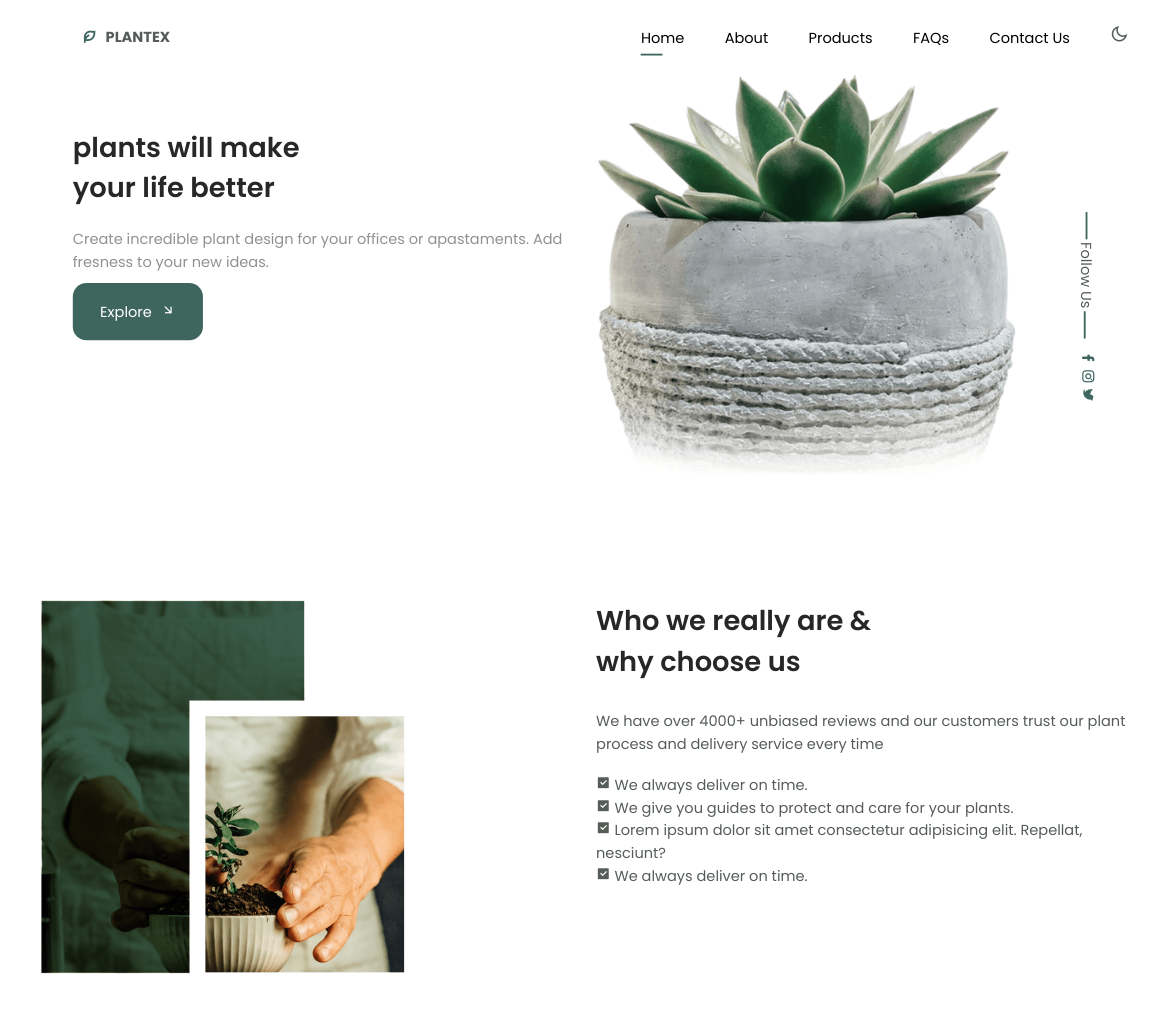
Repository: OmniaRafat232111121/plantwebsite
Page: index.html
These files come from the project's save history. The page is drawn as it stood at one moment and after the next save; the edit follows.
The browser window is 1280 px wide. The pictures show the whole page, at 91% of full size.

Above is the page before, as saved 2023-01-04 23:41:02.

### index.html
<!DOCTYPE html>
<html lang="en">
<head>
    <meta charset="UTF-8">
    <meta http-equiv="X-UA-Compatible" content="IE=edge">
    <meta name="viewport" content="width=device-width, initial-scale=1.0">
    <title>plant-website</title>
      <!--icon web-->
    <link rel="shortcut icon" href="assets/img/favicon.png" type="image/x-icon">
    <!--css style-->
    <link rel="stylesheet" href="./assets/css/styles.css">
    <!--remix icon-->
    <link href="https://cdn.jsdelivr.net/npm/remixicon@2.5.0/fonts/remixicon.css" rel="stylesheet">
</head>
<body>
<!--header-->
<header class="header" id="header">
<div class="container-header">
    <a class="nav_logo">
   <i class="ri-leaf-line nav_logo-icon "></i>Plantex
</a>

<nav class="nav_menu" id="nav_menu">
    <ul class="nav_list" id="nav_list">
        <li class="nav_item" id="nav_item">
                            <a href="#home" class="nav_link active-link">Home</a>
                        </li>
                        <li class="nav__item">
                            <a href="#about" class="nav_link">About</a>
                        </li>
                        <li class="nav__item">
                            <a href="#products" class="nav_link">Products</a>
                        </li>
                        <li class="nav__item">
                            <a href="#faqs" class="nav_link">FAQs</a>
                        </li>
                        <li class="nav__item">
                            <a href="#contact" class="nav_link">Contact Us</a>
                        </li>
                        <li class="mood">
       <i class= "ri-moon-line change-theme" id="theme-button"></i>

    </li>



    </ul>

    <div class="nav-close" id="nav_close">
        <i class="ri-close-line"></i>

    </div>
    <div  class="nav-btns">
   <i class= "ri-moon-line change-theme" id="theme-button"></i>
    <div class="nav-toggle" id="navToggle">
      <i class="ri-menu-line"></i>
    </div>
   </div>
    </div>
</nav>
</div>

</header>


    <!--home start-->
    <section class="home" id="home">
        <div class="home-container">
            <div class="left-content">
                <h1 class="home-title">plants will make <br>
                    your life better</h1>
                <p class="home-des">Create incredible plant design for your offices or apastaments. Add fresness to your new ideas.</p>
              <a>Explore<i class="ri-arrow-right-down-line button__icon"></i></a>
            </div>
            <div class="right-content">
            <img src="./assets/img/home.png" alt=""/>
            <div class=social_icons>
                 <span class="home__social-follow">Follow Us</span>

                        <div class="home__social-links">
                            <a href="https://www.facebook.com/" target="_blank" class="home__social-link">
                                <i class="ri-facebook-fill"></i>
                            </a>
                            <a href="https://www.instagram.com/" target="_blank" class="home__social-link">
                                <i class="ri-instagram-line"></i>
                            </a>
                            <a href="https://twitter.com/" target="_blank" class="home__social-link">
                                <i class="ri-twitter-fill"></i>
                            </a>
                        </div>

            </div>

        </div>

    </section>
 <!--home end-->
 <!--about start-->
 <section class="about" id="about">
    <div class="about-container">
        <div class="left-about">
          <img src="./assets/img/about.png" alt="image-about"/>
        </div>
        <div class="right-about">
            <h2 class="about-title">Who we really are &<br>why choose us</h2>
            <p class="about-desc">We have over 4000+ unbiased reviews and our customers trust our plant process and delivery service every time</p>
             <div class="about-deatails">
                <p class="about-description">
                      <i class="ri-checkbox-fill about__details-icon"></i>
                       We always deliver on time.
                </p>
                 <p class="about-description">
                      <i class="ri-checkbox-fill about__details-icon"></i>
                      We give you guides to protect and care for your plants.
                </p>

                 <p class="about-description">
                      <i class="ri-checkbox-fill about__details-icon"></i>
                       Lorem ipsum dolor sit amet consectetur adipisicing elit. Repellat, nesciunt?
                </p>

                 <p class="about-description">
                      <i class="ri-checkbox-fill about__details-icon"></i>
                       We always deliver on time.
                </p>


             </div>
        </div>

    </div>

 </section>

 <!--about end-->
   <script src="./assets/js/main.js"></script>
</body>
</html>

### assets/css/styles.css
/*=============== GOOGLE FONTS ===============*/
@import url('https://fonts.googleapis.com/css2?family=Poppins:wght@400;500;600;700&display=swap');

/*=============== VARIABLES CSS ===============*/
:root {
  --header-height: 3.5rem; /*56px*/

  /*========== Colors ==========*/
  /*Color mode HSL(hue, saturation, lightness)*/
  --black:#000;
  --green:#3e655e;
  --hue: 152;
  --first-color: hsl(var(--hue), 24%, 32%);
  --first-color-alt: hsl(var(--hue), 24%, 28%);
  --first-color-light: hsl(var(--hue), 24%, 66%);
  --first-color-lighten: hsl(var(--hue), 24%, 92%);
  --title-color: hsl(var(--hue), 4%, 15%);
  --text-color: hsl(var(--hue), 4%, 35%);
  --text-color-light: hsl(var(--hue), 4%, 55%);
  --body-color: hsl(var(--hue), 0%, 100%);
  --container-color: #FFF;

  /*========== Font and typography ==========*/
  /*.5rem = 8px | 1rem = 16px ...*/
  --body-font: 'Poppins', sans-serif;
  --big-font-size: 2rem;
  --h1-font-size: 1.5rem;
  --h2-font-size: 1.25rem;
  --h3-font-size: 1rem;
  --normal-font-size: .938rem;
  --small-font-size: .813rem;
  --smaller-font-size: .75rem;

  /*========== Font weight ==========*/
  --font-medium: 500;
  --font-semi-bold: 600;

  /*========== Margenes Bottom ==========*/
  /*.5rem = 8px | 1rem = 16px ...*/
  --mb-0-5: .5rem;
  --mb-0-75: .75rem;
  --mb-1: 1rem;
  --mb-1-5: 1.5rem;
  --mb-2: 2rem;
  --mb-2-5: 2.5rem;

  /*========== z index ==========*/
  --z-tooltip: 10;
  --z-fixed: 100;
}

/* Responsive typography */
@media screen and (min-width: 968px) {
  :root {
    --big-font-size: 3.5rem;
    --h1-font-size: 2.25rem;
    --h2-font-size: 1.5rem;
    --h3-font-size: 1.25rem;
    --normal-font-size: 1rem;
    --small-font-size: .875rem;
    --smaller-font-size: .813rem;
  }
}

/*=============== BASE ===============*/
*{
  box-sizing: border-box;
  padding: 0;
  margin: 0;
}

html{
  scroll-behavior: smooth;
}

body,
button,
input,
textarea{
  font-family: var(--body-font);
  font-size: var(--normal-font-size);
}

body{
  margin: var(--header-height) 0 0 0;
  background-color: var(--body-color);
  color: var(--text-color);
  transition: .4s; /*For animation dark mode*/
}

button{
  cursor: pointer;
  border: none;
  outline: none;
}

h1,h2,h3{
  color: var(--title-color);
  font-weight: var(--font-semi-bold);
}

ul{
  list-style: none;
}

a{
  text-decoration: none;
}

img{
  max-width: 100%;
  height: auto;
}
/*========== resuable component ==========*/



/*========Header========*/
 header{
  background-color: #fff;
  position: fixed;
  top:0;
  left:0;
  width:100%;
  z-index:1000;
  transition: 0.3s;
}
.container-header{
  display:flex;
  align-items: center;
  justify-content: space-between;
  height:var(--header-height);
  padding:40px;
}
.nav_menu{

}
.nav_logo{
  text-transform: uppercase;
  display:inline-flex;
  align-items: center;
  column-gap: 10px;
  font-weight: bold;
  margin-left: 50px;
  cursor: pointer;
}
.nav_logo:hover{
  color:var(--green);
}
.nav_logo-icon{
   color:var(--green);
}
.nav_logo i:hover{
  color:var(--black);
}
nav ul li {
  display: inline-block;
  cursor: pointer;
  margin-left: 40px;
}
nav ul li a{
  color:var(--black);


}
.nav-btns{
  display: none;
}
.mood{
  margin-left: 40px;
  font-size: 20px;

}

.nav-close
{

  font-size: 1.5rem;
  position: relative;
  top: 70px;
  right: 1.25rem;
  cursor: pointer;
  display: none;


}

.nav-btns{
  font-size: 20px;
  cursor: pointer;
}
.active-link{
  position: relative;
  color: var(--black);
}
.active-link::after{
  content: '';
  position: absolute;
  bottom: -8px;
  left: 0;
  width: 50%;
  height: 2px;
  background-color: var(--green);
}
.nav_link:hover{
 color: var(--green);
 transition: 0.3s;
}
@media screen and (max-width: 767px){
.nav_list{
display: none;
}
.nav_logo{
  margin-left: -10px;
}

.nav-btns{
  display:inline-flex;
  align-items: center;
  column-gap: 20px;
  font-weight: bold;
  margin-right: -10px;
  cursor: pointer;
}

  .show-menu{

     position: fixed;
    background-color:#fff;
    width: 100%;
    height: 50%;
    top: 80px;
    right: 0px;
    transition: .3s;
    z-index: 1000;
    display:grid;
    justify-content: center;
    text-align: center;

 padding: 10px;




  }
  .show-menu {

  }
  .show-menu .mood .ri-moon-line{
    display: none;
  }




}

/*=====home======*/
.home{
  padding: 0 80px;
  position:relative;

}
.home-container{
display:grid;
grid-template-columns: repeat(auto-fit, minmax(250px, 1fr));
grid-gap:30px;
margin-top: 70px;

}
.home-container .left-content{
  margin-top: 70px;
}
.home-container .left-content .home-title{
  font-size: 30px;
}
.home-container .left-content .home-des{
  color:rgb(145, 145, 145);
  margin-top: 20px;
  margin-bottom: 30px;
}
.home-container .left-content a{
  background-color: #3e655e;
  color:#fff;
  padding:20px 30px;
  border-radius: 15px;

}
.home-container .left-content  i{
  margin-left: 10px;
}
.right-content img{
  max-width: 100%;
  width:85%;
  justify-self: center;
}

.social_icons{
  position: absolute;
  top: 220px;
  right: 50px;
  display: grid;
  justify-items: center;
  row-gap: 3.5rem;

}
.home__social-links {
  margin-top: 30px;

}
.home__social-links a{
 color:var(--green);
}
.home__social-links a:hover{
color:var(--black);
}
.home__social-follow{
  position:relative;
  transform: rotate(90deg);
}
.home__social-follow::before{
content: '';
  position: absolute;
  width: 30px;
  height: 2px;
  background-color: var(--green);
  right: -45%;
  top: 50%;
}
.home__social-follow::after{
content: '';
  position: absolute;
  width: 30px;
  height: 2px;
  background-color: var(--green);
  left: -45%;
  bottom: 50%;
}
.home__social-links{
    transform: rotate(90deg);
}
.left-content a:hover{
  background-color:#032922;
  color: #fff;
  cursor: pointer;

}
/*======about=======*/
.about{
  position: relative;
  padding:50px 40px;
}
.about-container{
  display:grid;
grid-template-columns: repeat(auto-fit, minmax(250px, 1fr));
grid-gap:30px;
margin-top: 70px;
}
.about-container .left-about img{
  max-width: 100%;
  width:70%;
}
.about-container .right-about .about-title{
  font-size: 30px;
  margin-bottom: 30px;

}
.about-container .right-about .about-desc{
  margin-bottom:20px;

}
.about-container .about-descriptio{
  margin-bottom: 20px;
}

### assets/js/main.js
let navMenu = document.getElementById('nav_menu');
let navList = document.getElementById('nav_list');
let navItem = document.getElementById('nav ul li');
let closeButton = document.getElementById('nav_close');
let navToggle = document.getElementById('navToggle');
navToggle.addEventListener('click', function () {
    navList.classList.toggle('show-menu');


})
// navMenu.addEventListener('click', function () {
//     navToggle.classList.toggle('show-menu');


// })

After the next save:
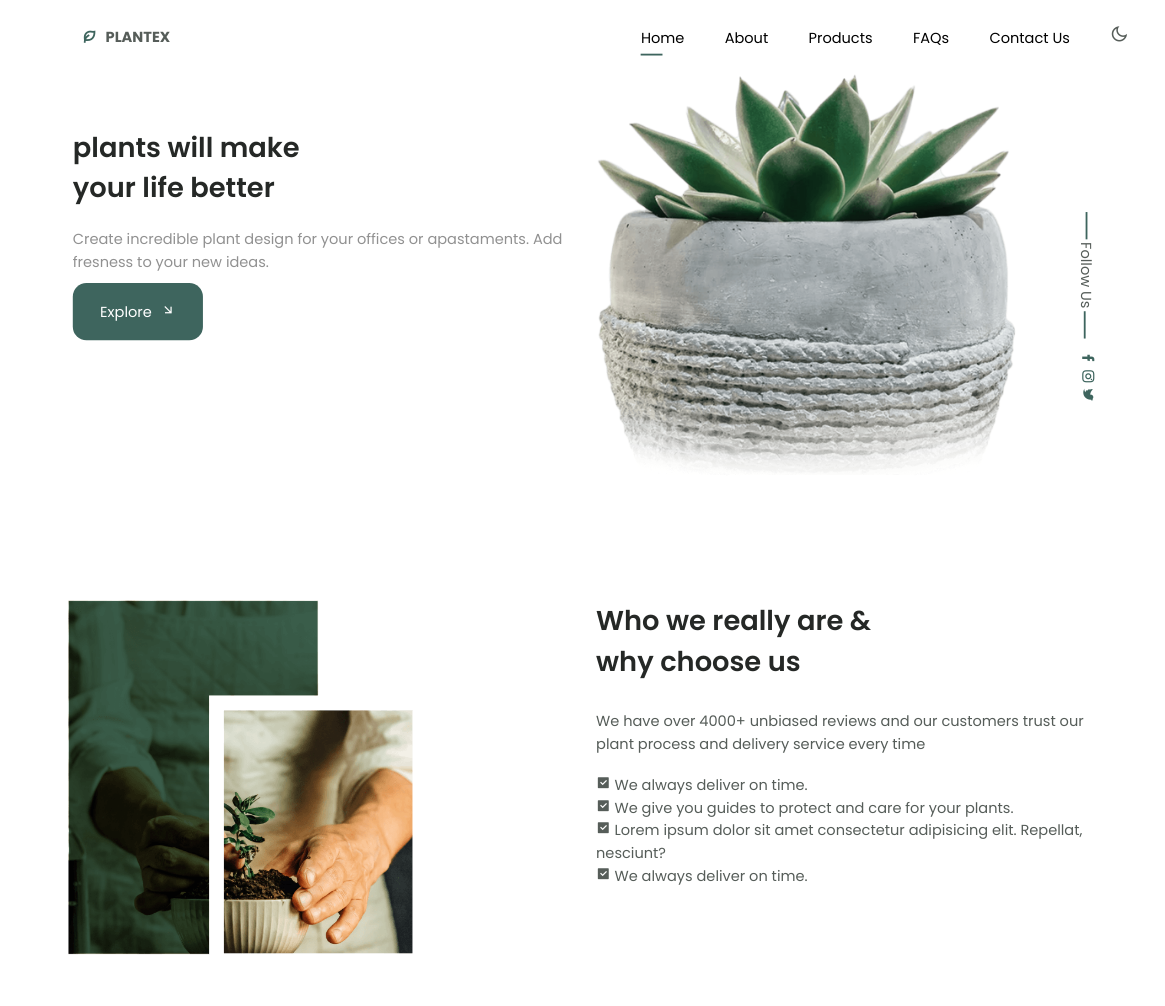
Saved 6 s later.
--- a/assets/css/styles.css
+++ b/assets/css/styles.css
@@ -348,7 +348,7 @@ content: '';
 /*======about=======*/
 .about{
   position: relative;
-  padding:50px 40px;
+  padding:50px 70px;
 }
 .about-container{
   display:grid;
